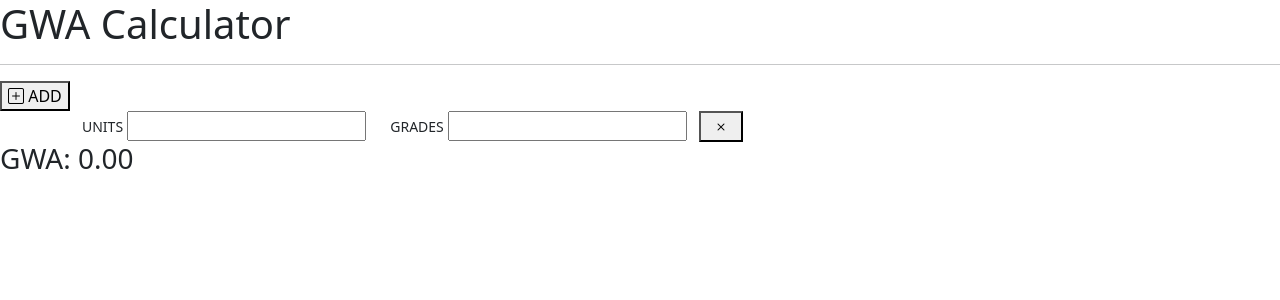
Repository: yonora/GWACalculator
Page: index.html
These files come from the project's save history. The page is drawn as it stood at one moment and after the next save; the edit follows.
The browser window is 1280 px wide. The pictures show the whole page.

Above is the page before, as saved 2025-01-08 00:40:41.

### index.html
<!DOCTYPE html>
<html lang="en">
<head>
    <meta charset="UTF-8">
    <meta name="viewport" content="width=device-width, initial-scale=1.0">
    <link rel="stylesheet" href="https://cdn.jsdelivr.net/npm/bootstrap@5.3.3/dist/css/bootstrap.min.css">
    <link rel="stylesheet" href="https://cdn.jsdelivr.net/npm/bootstrap-icons@1.11.3/font/bootstrap-icons.min.css">
    <script src="js.js"></script>
    <title>GWA Calculator</title>
</head>
<body>
    <h1>GWA Calculator</h1>
    <hr>
    <button class="col-auto add" onclick="add()"><i class="bi bi-plus-square"></i> ADD</button>
    <div class="container" id="container">
        <div class="row grade-container" data-index="1">
            <div class="col-auto">
                <label class="col-form-label-sm">UNITS</label>
                <input type="number" class="col-form-control units"  min="1" oninput="getGWA()">
            </div>
            <div class="col-auto">
                <label class="col-form-label-sm">GRADES</label>
                <input type="text" class="col-form-control grades" oninput="getGWA()">
            </div>
            <button class="col-auto remove" onclick="remove(1)"><i class="bi bi-x"></i></button>
        </div>
    </div>
    <h3>GWA: <span id="gwa">0.00</span></h3>
    <script>
    </script>
</body>
</html>

### js.js
function add(){
    const container = document.getElementById('container');
    var rows = document.querySelectorAll('.grade-container');
    const lastRow = rows[rows.length - 1];
    var lastIndex = parseFloat(lastRow.dataset.index);
    lastIndex++;
    container.insertAdjacentHTML(
        'beforeend',
        `<div class=" row grade-container" data-index=${lastIndex}>
            <div class="col-auto">
                <label class="col-form-label-sm">UNITS</label>
                <input type="number" class="col-form-control units" min="1" oninput="getGWA()">
                <!--<input type="number" class="col-form-control units" min="1"> -->
            </div>
            <div class="col-auto">
                <label class="col-form-label-sm">GRADES</label>
                <input type="text" class="col-form-control grades" oninput="getGWA()">
                <!--<input type="text" class="col-form-control grades"> -->
            </div>
            <button class="col-auto remove" onclick="remove(${lastIndex})"><i class="bi bi-x"></i></button>
        </div>`
    );
}

function remove(id){
    const rows = document.querySelectorAll('.grade-container');
    if(rows.length == 1){
        const button = document.querySelector('.remove');
        button.disabled = 'true';
    } else {
        for(let i=0; i < rows.length; i++){
            let row = rows[i];
            if(row.dataset.index == id){
                console.log('true');
                row.remove();
                getGWA();
            }
        }
    }
}

function getUnits(units, grades){
    var totalUnits = 0;

    for(let i=0; i<units.length; i++){
        const unit = parseFloat(units[i].value);
        const grade = parseFloat(grades[i].value);
        if (grade > 0){
            totalUnits += unit;
        }
    }
    return totalUnits;
}


function getGWA(){
    const grades = document.querySelectorAll('.grades');
    const units = document.querySelectorAll('.units');
    const totalUnits = getUnits(units, grades);
    var gwa = 0.00;

    for(let i=0; i<grades.length; i++){
        let unit = parseFloat(units[i].value) || 0;
        let grade = parseFloat(grades[i].value) || 0;
        if(grade > 0) {
            gwa += (grade * unit) / totalUnits;
            document.getElementById('gwa').innerHTML = gwa.toFixed(2);
        }

    }
}

After the next save:
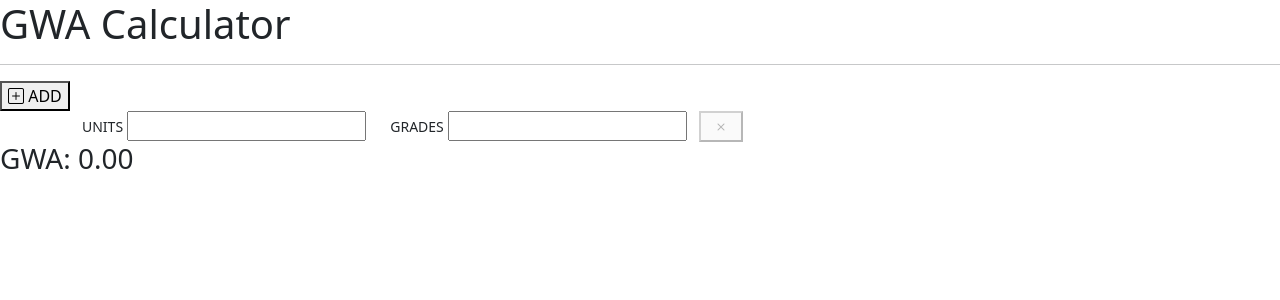
Saved 79 s later.
--- a/index.html
+++ b/index.html
@@ -27,6 +27,9 @@
     </div>
     <h3>GWA: <span id="gwa">0.00</span></h3>
     <script>
+        window.onload = function() {
+            remove();
+        }
     </script>
 </body>
 </html>

After the save that followed:
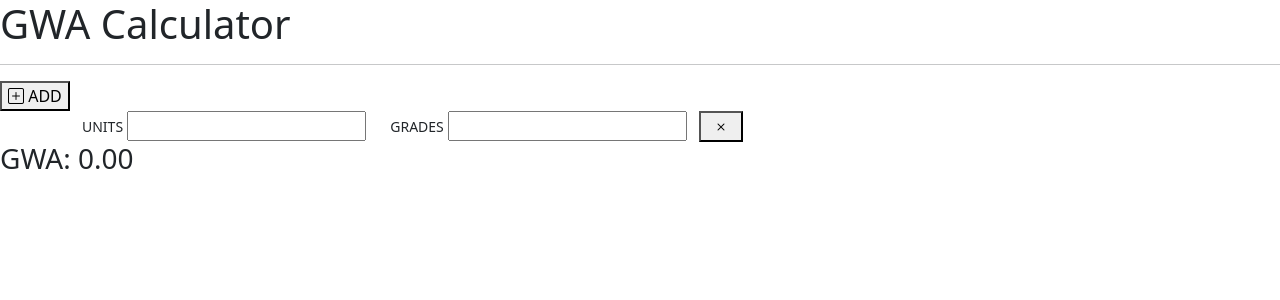
Saved 94 s later.
--- a/index.html
+++ b/index.html
@@ -27,7 +27,7 @@
     </div>
     <h3>GWA: <span id="gwa">0.00</span></h3>
     <script>
-        window.onload = function() {
+        document.onload = function() {
             remove();
         }
     </script>
